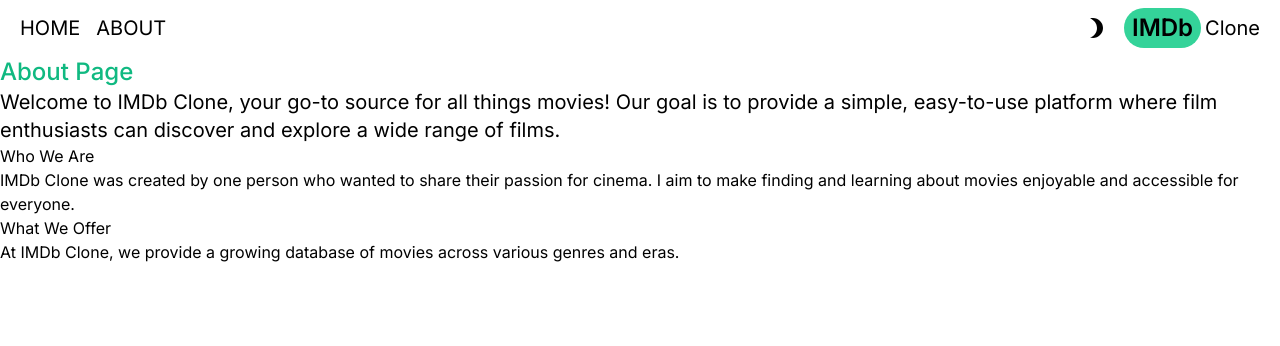
Repository: Tan28-art/Next-JS-Movie-Site
Page: /about (app in starter/)
These files come from the project's save history. The page is drawn as it stood at one moment and after the next save; the edit follows.
The browser window is 1280 px wide. The pictures show the whole page.
The project was rebuilt for these pictures with package versions that can differ from the ones it lists, and the page was loaded fresh each time. The framework's server and built-in components were replaced by stand-ins that run in the browser. Also part of the build but not shown: starter/next.config.mjs.

Above is the page before, as saved 2024-07-23 17:53:48.

### starter/app/layout.tsx
import type { Metadata } from "next";
import { Inter } from "next/font/google";
import "./globals.css";
import Header from "@/components/Header";
import MenuItem from "@/components/MenuItem";
import Providers from "./Providers";


const inter = Inter({ subsets: ["latin"] });

export const metadata: Metadata = {
  title: "Movie App",
  description: "Movie Search App",
};

export default function RootLayout({
  children,
}: Readonly<{
  children: React.ReactNode;
}>) {
  return (
    <html lang="en">
      <body className={inter.className}>
        <Providers>
          <Header />
          {children}
        </Providers>
      </body>
    </html>
  );
}

### starter/app/about/page.tsx
import React from "react";

export default function page() {
  return (
    <div>
      <h1 className="text-2xl font-medium text-emerald-500">About Page</h1>
      <p className="text-xl">
        Welcome to IMDb Clone, your go-to source for all things movies! Our goal
        is to provide a simple, easy-to-use platform where film enthusiasts can
        discover and explore a wide range of films.
      </p>
      <p>
        <p>Who We Are</p> IMDb Clone was created by one person who
        wanted to share their passion for cinema. I aim to make finding and
        learning about movies enjoyable and accessible for everyone.
      </p>
      <p>
        <p>What We Offer</p> At IMDb Clone, we provide a growing database of movies
        across various genres and eras.
      </p>
    </div>
  );
}

### starter/components/Header.tsx
import React from "react";
import MenuItem from "./MenuItem";
import { TiHome } from "react-icons/ti";
import { TiInfoLarge } from "react-icons/ti";
import Link from "next/link";
import DarkModeSwitch from "./DarkModeSwitch";

export default function Header() {
  return (
    <div className="flex justify-between items-center p-2 px-5 mx-auto">
      <div className="flex gap-4">
        <MenuItem title="Home" Icon={TiHome} address="/" />
        <MenuItem title="About" Icon={TiInfoLarge} address="/about" />
      </div>

      {/* right side of header */}
      <div className="flex items-center gap-4">
        <div className="text-2xl">
          <DarkModeSwitch />
        </div>
        <Link href="/" className="flex gap-1 items-center">
          <span className="text-2xl font-semibold bg-emerald-400 py-1 px-2 rounded-3xl">
            IMDb
          </span>
          <span className="text-xl hidden sm:inline">Clone</span>
        </Link>
      </div>
    </div>
  );
}

### starter/app/Providers.tsx
"use client";
import React from "react";
import { ThemeProvider } from "next-themes";

export default function Providers({ children }: { children: React.ReactNode }) {
    return (
      <ThemeProvider defaultTheme="system" attribute="class">
        <div>{children}</div>
      </ThemeProvider>
    );
  }

### starter/components/MenuItem.tsx
import Link from 'next/link';
import React from 'react'

interface MenuItemProps {
    title: string;
    Icon: any;
    address: string;
  }


export default function MenuItem({ title, Icon, address }: MenuItemProps) {

  if (!address) {
    console.error(`MenuItem component expects a valid 'address' prop, but got '${address}'`);
    return null;
  }

  return (
    <Link href={address} className = 'hover:text-emerald-500'>
      <Icon className = 'text-3xl sm:hidden' />
      <p className = 'uppercase hidden sm:inline text-xl'>{title}</p>
    </Link>
  )
}

### starter/components/DarkModeSwitch.tsx
"use client";

import { MdBrightness3, MdBrightness5 } from "react-icons/md"; // dark mode icon
import { useTheme } from "next-themes";
import React, { useEffect } from "react";

// Wrapper component to add className and onClick support
const IconWithProps = ({ IconComponent, className, onClick }: { IconComponent: any; className: string; onClick?: () => void }) => {
  return <IconComponent className={className} onClick={onClick} />;
};

export default function DarkModeSwitch() {
  const { theme, setTheme, systemTheme } = useTheme();
  const currentTheme = theme === "system" ? systemTheme : theme;
  const [mounted, setMounted] = React.useState(false);
  useEffect(() => setMounted(true), []);

  const handleToggleTheme = () => {
    setTheme(currentTheme === "dark" ? "light" : "dark");
  };

  return (
    <div>
      {mounted && (currentTheme === "dark" ? (
        <IconWithProps IconComponent={MdBrightness5} className="cursor-pointer hover:text-emerald-500" onClick={handleToggleTheme} />
      ) : (
        <IconWithProps IconComponent={MdBrightness3} className="cursor-pointer hover:text-emerald-500" onClick={handleToggleTheme} />
      ))}
    </div>
  );
}

Loaded but not shown: starter/app/globals.css (common file); starter/tailwind.config.ts (common file)

After the next save:
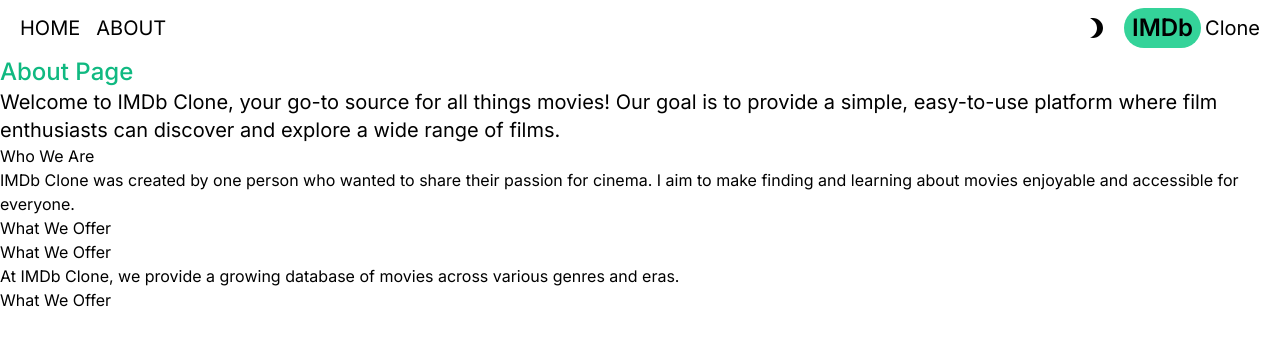
Saved 7 s later.
--- a/starter/app/about/page.tsx
+++ b/starter/app/about/page.tsx
@@ -15,8 +15,10 @@
         learning about movies enjoyable and accessible for everyone.
       </p>
       <p>
-        <p>What We Offer</p> At IMDb Clone, we provide a growing database of movies
-        across various genres and eras.
+        <p>What We Offer</p> <p>
+        <p>What We Offer</p>     At IMDb Clone, we provide a growing database of movies
+            across various genres and eras.
+        <p>What We Offer</p> </p>
       </p>
     </div>
   );

After the save that followed:
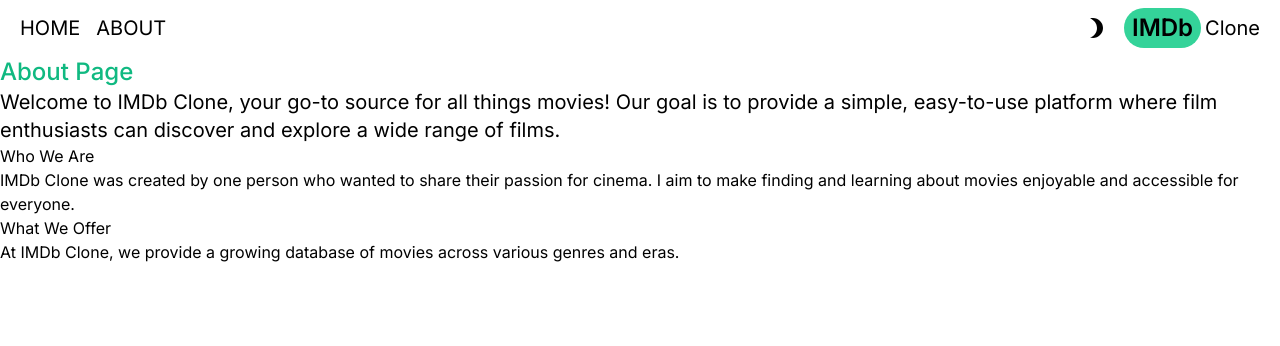
Saved 4 s later.
--- a/starter/app/about/page.tsx
+++ b/starter/app/about/page.tsx
@@ -15,10 +15,8 @@
         learning about movies enjoyable and accessible for everyone.
       </p>
       <p>
-        <p>What We Offer</p> <p>
-        <p>What We Offer</p>     At IMDb Clone, we provide a growing database of movies
-            across various genres and eras.
-        <p>What We Offer</p> </p>
+        <p>What We Offer</p> At IMDb Clone, we provide a growing database of movies
+        across various genres and eras.
       </p>
     </div>
   );
